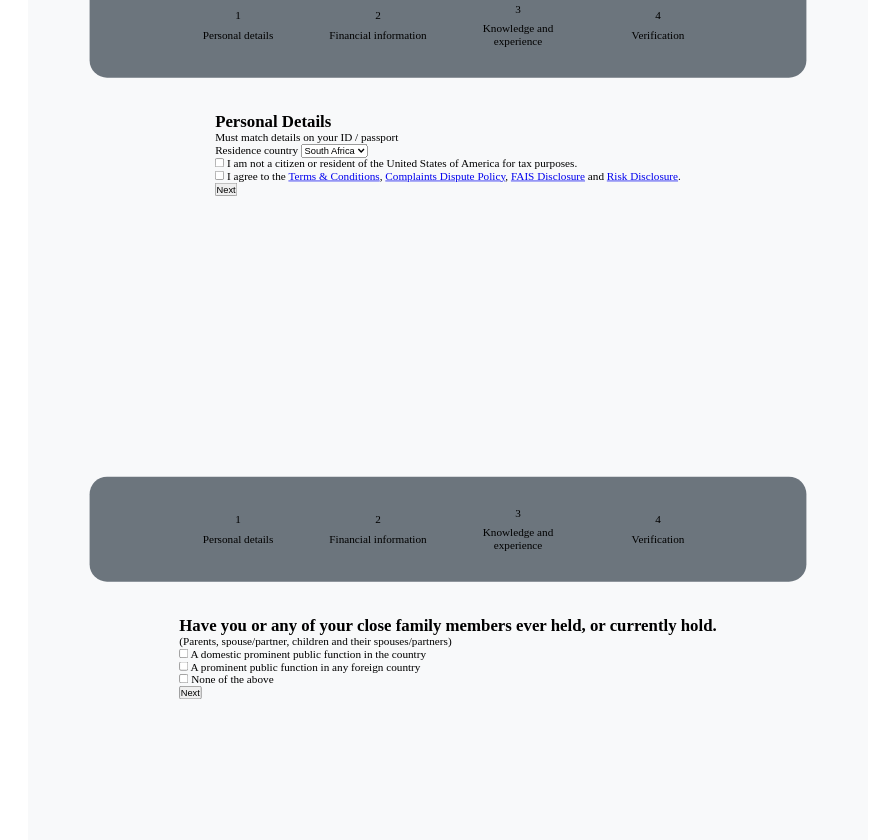
Repository: Jacques-Jaki-Morkel/vaultmarkets_SignupFlow
Page: index.HTML
An editor plug-in stored every save of this project. The page is shown before and after the next save, followed by the edit.
The browser window is 1280 px wide. The pictures show the part of the page from y = 1680 to 3600 px (the page is 2880 px tall before and 3600 px after), at 70% of full size.

Above is the page before, as saved 2025-07-30 15:00:18.

### index.HTML
<!DOCTYPE html>
<html lang="en">

<head>
    <meta charset="UTF-8">
    <meta name="viewport" content="width=device-width, initial-scale=1.0">
    <title>Vault Markets - SignUP flow
    </title>
    <link rel="stylesheet" href="styles.css">
</head>

<body>
    <!-- Open account Section -  page 1  -->
    <section class="container-size openAccount-1">
        <div class="col-1">
            <h1>Open an account with Scope Markets</h1>
            <p>Join thousands of traders who trust Scope Markets for their trading needs.</p>
            <h2>Why trade with Scope Markets:</h2>
            <p>Here is why thousands of customers choose to trade with Scope Markets:</p>
            <ul>
                <li>Scope Invest account</li>
                <li>Competitive trading conditions</li>
                <li>Advanced trading platforms</li>
                <li>Fast and convenient transactions</li>
                <li>Excellent multilingual customer support</li>
                <li>Authorized and regulated by the FSCA</li>
            </ul>
        </div>

        <div class="col-2">
            <h2>Open an account</h2>
            <p>Already have an account? <a href="#">Login here</a></p>

            <form action="#" method="POST">
                <label for="email">E-mail</label>
                <input type="email" id="email" name="email" required>

                <label for="password">Password</label>
                <input type="password" id="password" name="password" required>

                <div>
                    <input type="checkbox" id="privacy" name="privacy" required>
                    <label for="privacy">I agree to the <a href="#">Privacy Policy</a>.</label>
                </div>

                <div>
                    <input type="checkbox" id="marketing" name="marketing">
                    <label for="marketing">I agree to receive marketing and promotional communications</label>
                </div>

                <button type="submit">Register</button>
            </form>
        </div>
    </section>

    <!-- Personal details Section -  page 1  -->
    <section class="container-size personal-2">
        <!-- Row 1: Progress Bar -->
        <div class="progress-bar-wrapper">
            <div class="progress-bar">
                <ol class="progress-steps">
                    <li>
                        <div>1</div>
                        <p>Personal details</p>
                    </li>
                    <li>
                        <div>2</div>
                        <p>Financial information</p>
                    </li>
                    <li>
                        <div>3</div>
                        <p>Knowledge and experience</p>
                    </li>
                    <li>
                        <div>4</div>
                        <p>Verification</p>
                    </li>
                </ol>
            </div>
        </div>

        <!-- Row 2: Form -->
        <div>
            <h2>Personal Details</h2>
            <p>Must match details on your ID / passport</p>

            <form action="#" method="POST">

                <!-- Title -->
                <div>
                    <label for="title">Title</label>
                    <select id="title" name="title" required>
                        <option value="">Select title</option>
                        <option value="mr">Mr</option>
                        <option value="mrs">Mrs</option>
                        <option value="ms">Ms</option>
                        <option value="dr">Dr</option>
                    </select>
                </div>

                <!-- Name -->
                <div>
                    <label for="first-name">First name</label>
                    <input type="text" id="first-name" name="first-name" required>

                    <label for="last-name">Last name</label>
                    <input type="text" id="last-name" name="last-name" required>
                </div>

                <!-- Date of Birth -->
                <div>
                    <label>Date of birth</label>
                    <select name="dob-day" required>
                        <option value="">Day</option>
                        <!-- Add 1–31 -->
                    </select>
                    <select name="dob-month" required>
                        <option value="">Month</option>
                        <!-- Add Jan–Dec -->
                    </select>
                    <select name="dob-year" required>
                        <option value="">Year</option>
                        <!-- Add dynamic years -->
                    </select>
                </div>

                <!-- Nationality -->
                <div>
                    <label for="nationality">Nationality</label>
                    <select id="nationality" name="nationality" required>
                        <option value="za" selected>South Africa</option>
                        <!-- Add more options -->
                    </select>
                </div>

                <!-- Phone -->
                <div>
                    <label for="phone">Phone</label>
                    <div>
                        <select name="country-code" required>
                            <option value="+27">+27</option>
                            <!-- Add other country codes if needed -->
                        </select>
                        <input type="tel" id="phone" name="phone" required>
                    </div>
                </div>

                <button type="submit">Next</button>
            </form>
    </section>
    <!-- End of Personal details Section - page 1 -->


    <!-- Personal details Section - page 2  continued -->
    <section class="container-size personal-2">
        <!-- Row 1: Progress Bar -->
        <div class="progress-bar-wrapper">
            <div class="progress-bar">
                <ol class="progress-steps">
                    <li>
                        <div>1</div>
                        <p>Personal details</p>
                    </li>
                    <li>
                        <div>2</div>
                        <p>Financial information</p>
                    </li>
                    <li>
                        <div>3</div>
                        <p>Knowledge and experience</p>
                    </li>
                    <li>
                        <div>4</div>
                        <p>Verification</p>
                    </li>
                </ol>
            </div>
        </div>

        <!-- Row 2: Form -->
        <div>
            <h2>Personal Details</h2>
            <p>Must match details on your ID / passport</p>

            <form action="#" method="POST">

                <!-- Residence Country -->
                <div>
                    <label for="residence-country">Residence country</label>
                    <select id="residence-country" name="residence-country" required>
                        <option value="za" selected>South Africa</option>
                        <!-- Add more countries as needed -->
                    </select>
                </div>

                <!-- FATCA Declaration -->
                <div>
                    <input type="checkbox" id="fatca" name="fatca" required>
                    <label for="fatca">I am not a citizen or resident of the United States of America for tax
                        purposes.</label>
                </div>

                <!-- Terms and Conditions Agreement -->
                <div>
                    <input type="checkbox" id="terms" name="terms" required>
                    <label for="terms">
                        I agree to the
                        <a href="#">Terms & Conditions</a>,
                        <a href="#">Complaints Dispute Policy</a>,
                        <a href="#">FAIS Disclosure</a> and
                        <a href="#">Risk Disclosure</a>.
                    </label>
                </div>

                <button type="submit">Next</button>
            </form>
    </section>
    <!-- End of Personal details Section - page 2 -->


    <!-- Personal details Section - page 3 continued -->
    <section class="container-size personal-2">
        <!-- Row 1: Progress Bar -->
        <div class="progress-bar-wrapper">
            <div class="progress-bar">
                <ol class="progress-steps">
                    <li>
                        <div>1</div>
                        <p>Personal details</p>
                    </li>
                    <li>
                        <div>2</div>
                        <p>Financial information</p>
                    </li>
                    <li>
                        <div>3</div>
                        <p>Knowledge and experience</p>
                    </li>
                    <li>
                        <div>4</div>
                        <p>Verification</p>
                    </li>
                </ol>
            </div>
        </div>

        <!-- Row 2: Form -->
        <div>
            <h2>Have you or any of your close family members ever held, or currently hold.</h2>


            <form action="#" method="POST">

                <!-- Residence Country -->
                <div>
                    <p>(Parents, spouse/partner, children and their spouses/partners)</p>
                </div>

                <!-- country Declaration -->
                <div>
                    <input type="checkbox" id="domestic" name="domestic" required>
                    <label for="domestic">A domestic prominent public function in the
                        country</label>
                </div>

                <!-- foreign country declaration -->
                <div>
                    <input type="checkbox" id="foreign" name="foreign" required>
                    <label for="foreign">A prominent public function in any foreign
                        country</label>
                </div>

                <!-- none country declaration -->
                <div>
                    <input type="checkbox" id="none" name="none" required>
                    <label for="none">None of the above</label>
                </div>

                <button type="submit">Next</button>
            </form>
    </section>
    <!-- End of Personal details Section - page 3 -->

    <script src="script.js"></script>
</body>

</html>

### styles.css
/* Reset and Base Styles */
* {
    margin: 0;
    padding: 0;
    box-sizing: border-box;
}

:root {
    --primary-color: #c89006;
    --secondary-color: #6c757d;
    --background-color: #f8f9fa;
    --text-color: #292929;
    --link-color: #007bff;
}

.container-size {
    max-width: 1200px;
    margin: 0 auto;
    padding: 0 20px;
}

/* start of sigh up flow styling here */

/* page #1 in sign up flow */
.openAccount-1

/* Signup open account start */
    {
    display: flex;
    flex-direction: row;
    align-items: center;
    justify-content: center;
    height: 100vh;
    background-color: var(--background-color);
}

/* Signup open account end */

/* Progress bar styling here */
.progress-bar-wrapper

/* progress bar */
    {
    margin-bottom: 50px;
}

.progress-bar {
    display: flex;
    flex-direction: row;
    align-items: center;
    justify-content: center;
    width: 80vw;
    height: 150px;
    background-color: var(--secondary-color);
    border-radius: 25px;

}

.progress-steps {
    gap: 50px;
    display: flex;
    justify-content: flex-start;
    flex-direction: row;
    align-items: center;
}

.progress-steps li {
    width: 150px;
    gap: 10px;
    display: flex;
    flex-direction: column;
    align-items: center;
}

.progress-steps li p {
    text-align: center;
}

/* page #2 in sign up flow */
.personal-2

/* Signup personal details */
    {
    display: flex;
    flex-direction: column;
    align-items: center;
    justify-content: center;
    height: 100vh;
    background-color: var(--background-color);
}

Loaded but not shown: script.js (no stored copy; drawn as an empty file)

After the next save:
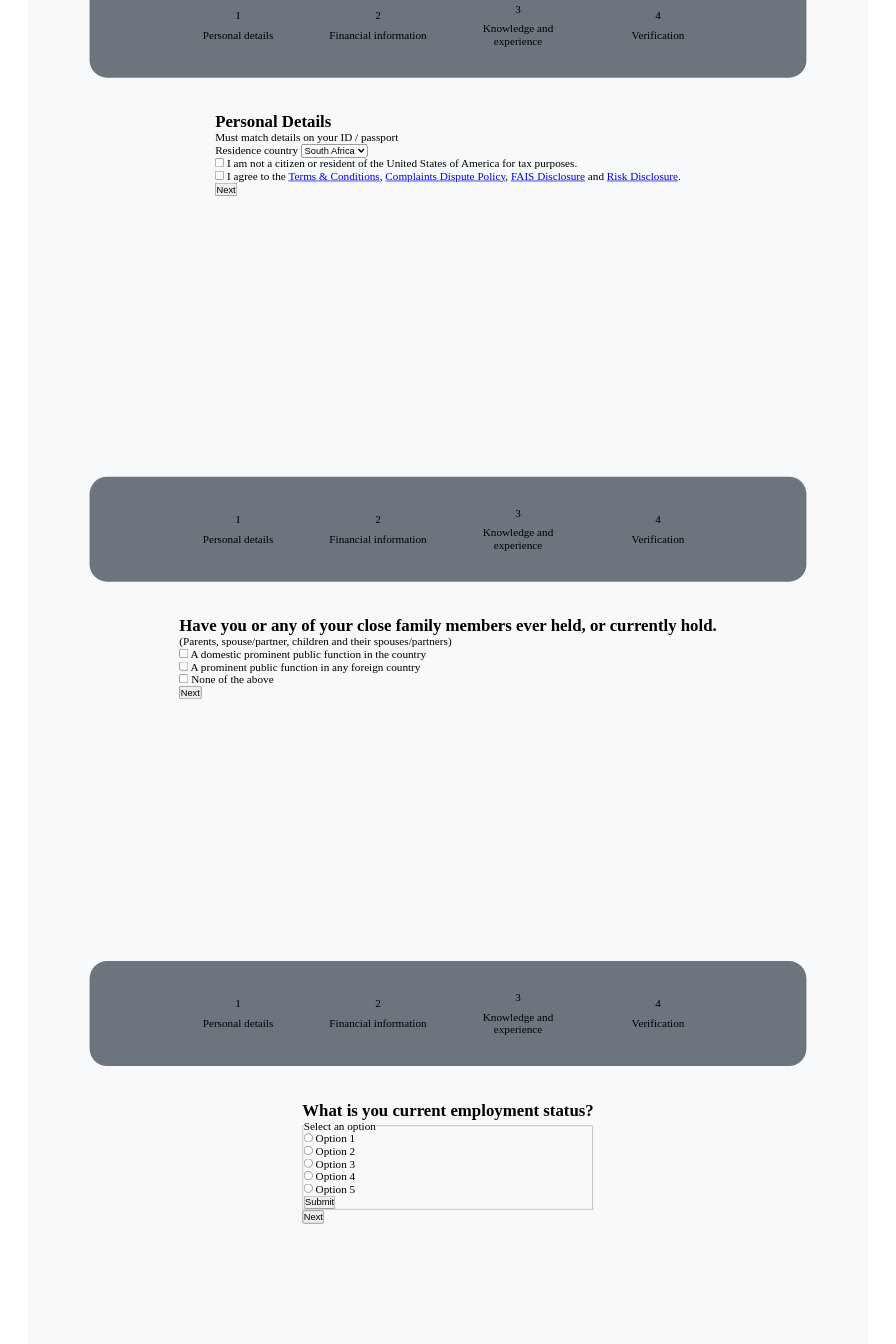
Saved 5 min 51 s later.
--- a/index.HTML
+++ b/index.HTML
@@ -281,6 +281,76 @@
     </section>
     <!-- End of Personal details Section - page 3 -->
 
+
+    <!-- Financial information Section - page 1 -->
+    <section class="container-size personal-2">
+        <!-- Row 1: Progress Bar -->
+        <div class="progress-bar-wrapper">
+            <div class="progress-bar">
+                <ol class="progress-steps">
+                    <li>
+                        <div>1</div>
+                        <p>Personal details</p>
+                    </li>
+                    <li>
+                        <div>2</div>
+                        <p>Financial information</p>
+                    </li>
+                    <li>
+                        <div>3</div>
+                        <p>Knowledge and experience</p>
+                    </li>
+                    <li>
+                        <div>4</div>
+                        <p>Verification</p>
+                    </li>
+                </ol>
+            </div>
+        </div>
+
+        <!-- Row 2: Form -->
+        <div>
+            <h2>What is you current employment status?</h2>
+
+
+            <form action="#" method="POST">
+
+                <!-- Select 1 option -->
+                  <fieldset>
+      <legend>Select an option</legend>
+
+      <div>
+        <input type="radio" id="option1" name="selection" value="option1" required>
+        <label for="option1">Option 1</label>
+      </div>
+
+      <div>
+        <input type="radio" id="option2" name="selection" value="option2">
+        <label for="option2">Option 2</label>
+      </div>
+
+      <div>
+        <input type="radio" id="option3" name="selection" value="option3">
+        <label for="option3">Option 3</label>
+      </div>
+
+      <div>
+        <input type="radio" id="option4" name="selection" value="option4">
+        <label for="option4">Option 4</label>
+      </div>
+
+      <div>
+        <input type="radio" id="option5" name="selection" value="option5">
+        <label for="option5">Option 5</label>
+      </div>
+
+      <button type="submit">Submit</button>
+    </fieldset>
+                <button type="submit">Next</button>
+            </form>
+    </section>
+    <!-- End of Personal details Section - page 3 -->
+
     <script src="script.js"></script>
 </body>
 
